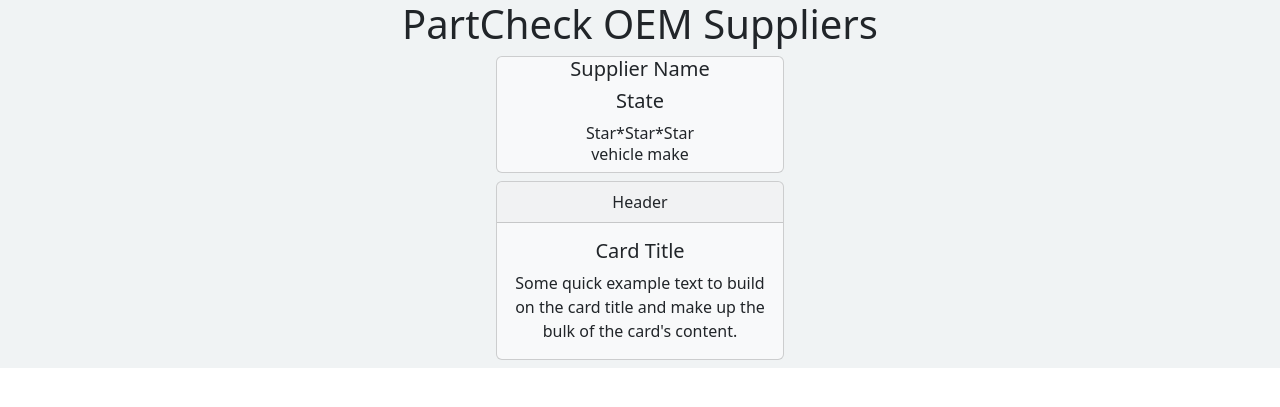
Repository: trungna4699/coding_challenge
Page: /
The author's editor kept a copy of each file at every save. The page is drawn from the files as they stood at one save, then again after the next save.
The browser window is 1280 px wide. The pictures show the whole page.
The project was rebuilt for these pictures with package versions that can differ from the ones it lists, and the page was loaded fresh each time.

Above is the page before, as saved 2022-09-01 16:26:02.

### src/index.css
body {
  margin: 0;
  background-color: #F0F3F4;
  font-family: -apple-system, BlinkMacSystemFont, 'Segoe UI', 'Roboto', 'Oxygen',
    'Ubuntu', 'Cantarell', 'Fira Sans', 'Droid Sans', 'Helvetica Neue',
    sans-serif;
  -webkit-font-smoothing: antialiased;
  -moz-osx-font-smoothing: grayscale;
}

code {
  font-family: source-code-pro, Menlo, Monaco, Consolas, 'Courier New',
    monospace;
}

### src/App.js
import './App.css';
import 'bootstrap/dist/css/bootstrap.min.css';

import Card from 'react-bootstrap/Card';
import Col from 'react-bootstrap/Col';
import Row from 'react-bootstrap/Row';

function App() {
  return (
    <div className="App">
      <h1>PartCheck OEM Suppliers</h1>

      <div className='listContainer'>
        <Card
          bg={"light"}
          // key={variant}
          text={"dark"}
          style={{ width: '18rem' }}
          className="mb-2"
        >
          <div classname="supplierItems">
            <div className='supplierInfo'>
              <h5>Supplier Name</h5>
              <h5>State</h5>
            </div>

            <div className="ratingStar">
              Star*Star*Star
            </div>
            <div className="vehicleList">
              <h6>vehicle make</h6>
            </div>
          </div>
        </Card>

        <Card
          bg={"light"}
          // key={variant}
          text={"dark"}
          style={{ width: '18rem' }}
          className="mb-2"
        >
          <Card.Header>Header</Card.Header>
          <Card.Body>
            <Card.Title>Card Title </Card.Title>
            <Card.Text>
              Some quick example text to build on the card title and make up the
              bulk of the card's content.
            </Card.Text>
          </Card.Body>
        </Card>

      </div>


    </div>
  );
}

export default App;

### src/App.css
.App {
  background-color: #F0F3F4;
  text-align: center;
}

.listContainer {
  display: flex;
  flex-direction: column;
  align-items: center;
}









/* Default Settings */
.App-logo {
  height: 40vmin;
  pointer-events: none;
}

@media (prefers-reduced-motion: no-preference) {
  .App-logo {
    animation: App-logo-spin infinite 20s linear;
  }
}

.App-header {
  background-color: #282c34;
  min-height: 100vh;
  display: flex;
  flex-direction: column;
  align-items: center;
  justify-content: center;
  font-size: calc(10px + 2vmin);
  color: white;
}

.App-link {
  color: #61dafb;
}

@keyframes App-logo-spin {
  from {
    transform: rotate(0deg);
  }
  to {
    transform: rotate(360deg);
  }
}

Loaded but not shown: public/index.html (common file); src/index.js (common file); src/reportWebVitals.js (common file)

After the next save:
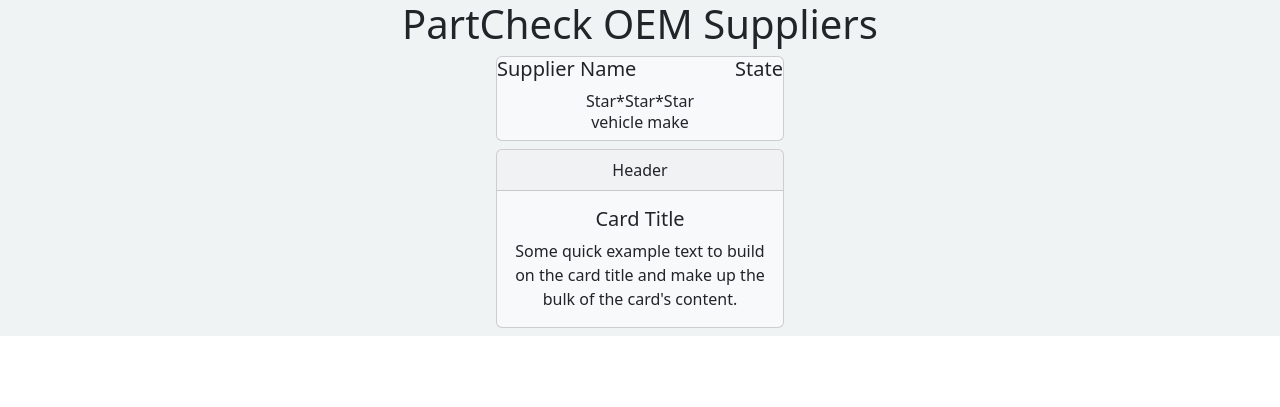
Saved 20 s later.
--- a/src/App.css
+++ b/src/App.css
@@ -9,7 +9,10 @@
   align-items: center;
 }
 
-
+.supplierInfo {
+  display: flex;
+  justify-content: space-between;
+}
 
 
 
